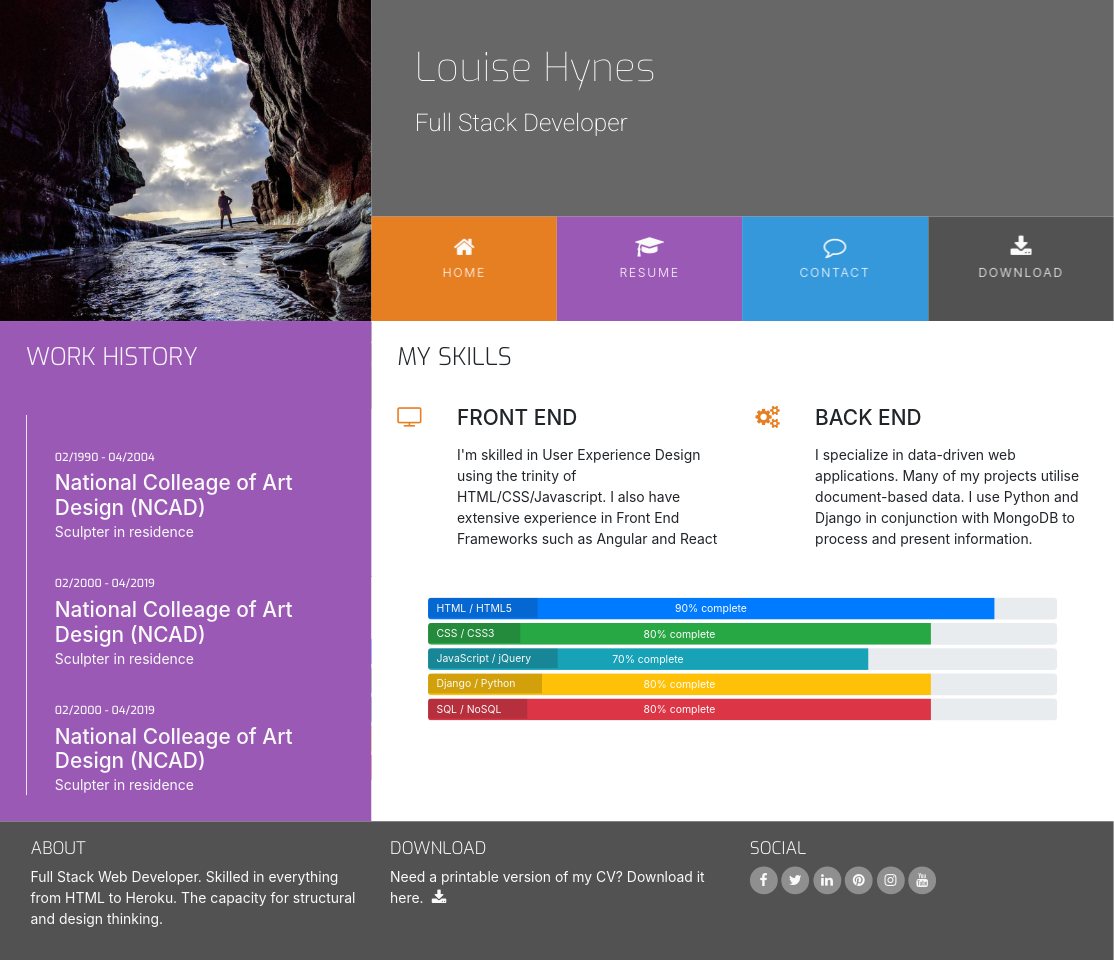
Repository: lhynes/Mini-Project-Resume
Page: resume.html
The author's editor kept a record of every edit. The page is drawn from the files as they stood at one moment, then again after the next edit.
The browser window is 1280 px wide. The pictures show the whole page, at 87% of full size.

Above is the page before.

After the next edit:
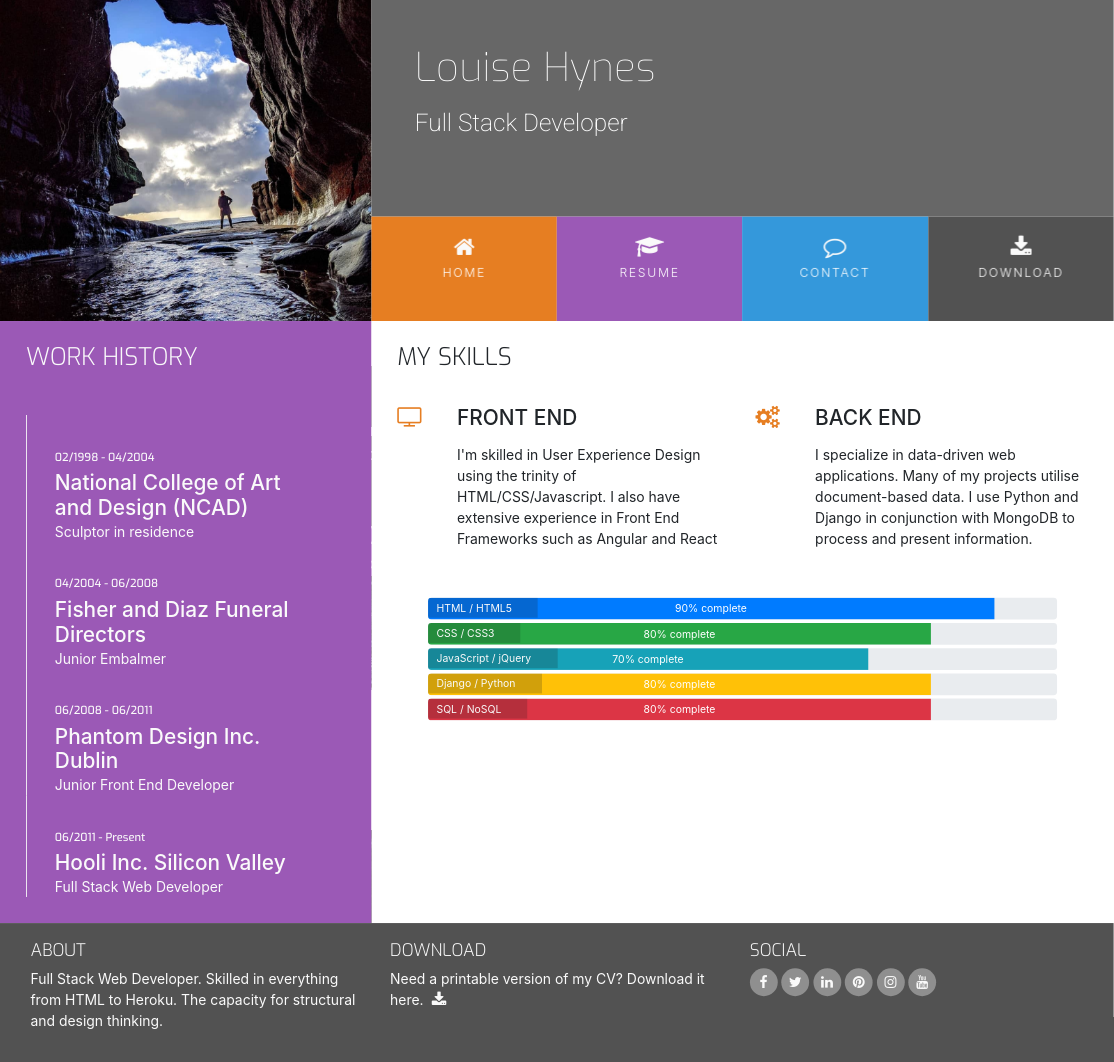
The edit:
--- a/resume.html
+++ b/resume.html
@@ -64,17 +64,23 @@
                         </h3>
                     </div>
                 </div>
-                <div class="timeline-item" data-dates="02/1990 - 04/2004">
-                    <h4>National Colleage of Art Design (NCAD)</h4>
-                    <p>Sculpter in residence</p>
-                </div>
-                <div class="timeline-item" data-dates="02/2000 - 04/2019">
-                    <h4>National Colleage of Art Design (NCAD)</h4>
-                    <p>Sculpter in residence</p>
-                </div>
-                <div class="timeline-item" data-dates="02/2000 - 04/2019">
-                    <h4>National Colleage of Art Design (NCAD)</h4>
-                    <p>Sculpter in residence</p>
+                <div class="history-items">
+                    <div class="timeline-item" data-dates="02/1998 - 04/2004">
+                        <h4>National College of Art and Design (NCAD)</h4>
+                        <p>Sculptor in residence</p>
+                    </div>
+                    <div class="timeline-item" data-dates="04/2004 - 06/2008">
+                        <h4>Fisher and Diaz Funeral Directors</h4>
+                        <p>Junior Embalmer</p>
+                    </div>
+                    <div class="timeline-item" data-dates="06/2008 - 06/2011">
+                        <h4>Phantom Design Inc. Dublin</h4>
+                        <p>Junior Front End Developer</p>
+                    </div>
+                    <div class="timeline-item" data-dates="06/2011 - Present">
+                        <h4>Hooli Inc. Silicon Valley</h4>
+                        <p>Full Stack Web Developer</p>
+                    </div>
                 </div>
             </div>
             <div class="col-md-8 bg-color-three-reasons section-column">
